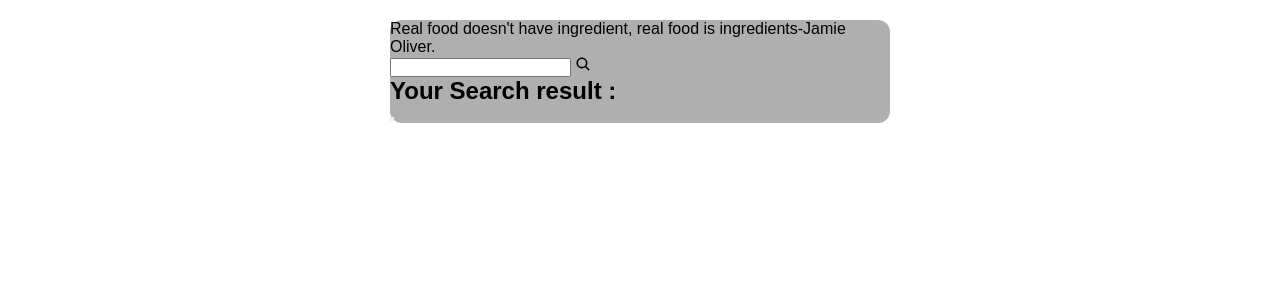
Repository: andrewhuynh561/javascipt
Page: Day 1/index.html
An editor plug-in stored every save of this project. The page is shown before and after the next save, followed by the edit.
The browser window is 1280 px wide. The pictures show the whole page.

Above is the page before, as saved 2023-05-17 21:40:41.

After the next save:
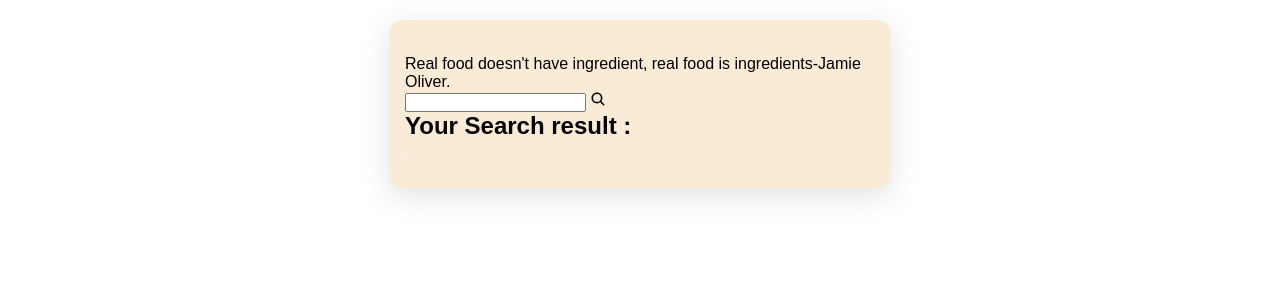
Saved 14 s later.
--- a/Day 1/style.css
+++ b/Day 1/style.css
@@ -12,10 +12,11 @@ body {
     --tenne-tawny-dark: #b54507;
 }
 .container{
-    margin: auto;
-    padding: auto;
-    background-color: #afafaf;
     max-width: 500px;
+    margin: 0 auto;
     border-radius: 12px;
+    background-color: antiquewhite;
+    box-shadow: rgba(100, 100, 111, 0.2) 0px 7px 29px 0px;
+    padding: 35px 15px 30px;
 
 }
